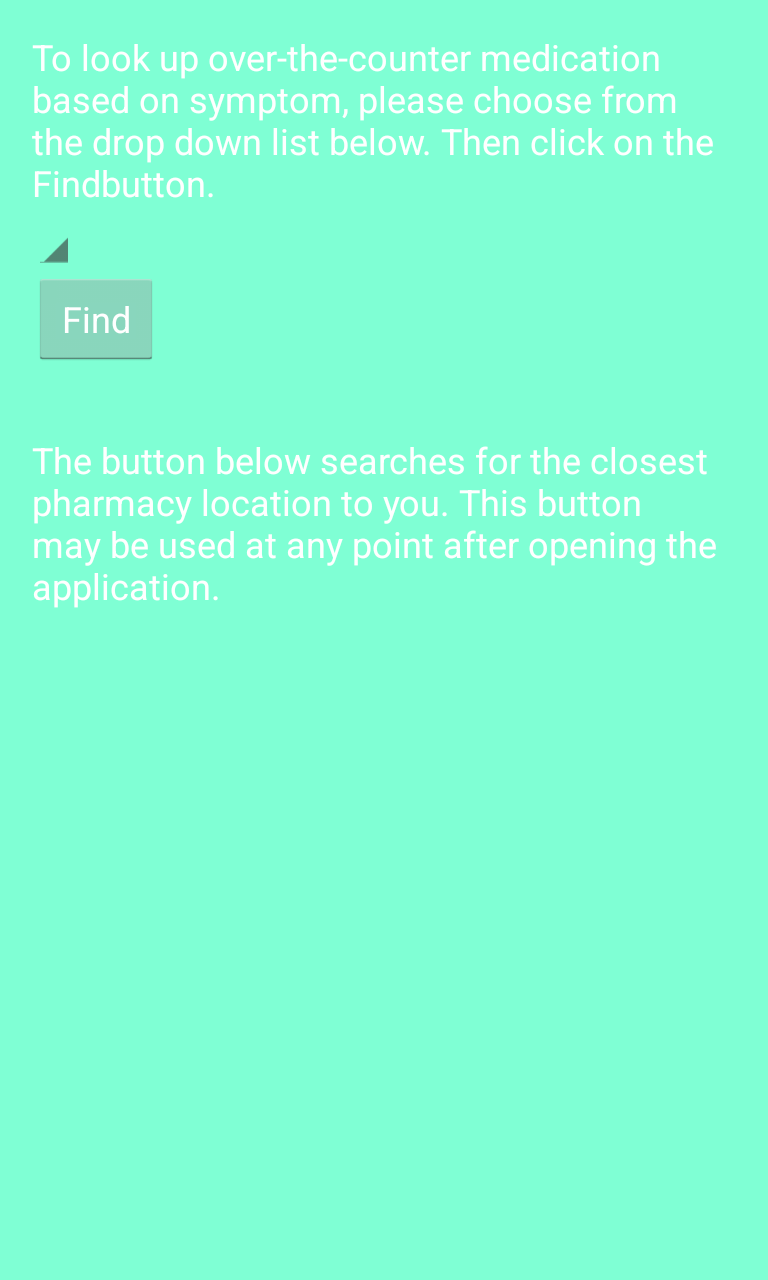
Repository: rosingrr/SympMeds
Layout: app/SympMeds/res/layout/activity_symptom_list.xml
An editor plug-in stored every save of this project. The layout is shown before and after the next save, followed by the edit.
It is drawn on a 768 x 1280 px phone screen (xhdpi) without system bars, with theme AppTheme; the app's code is not run.

Above is the layout before, as saved 2013-08-02 13:33:58.

After the next save:
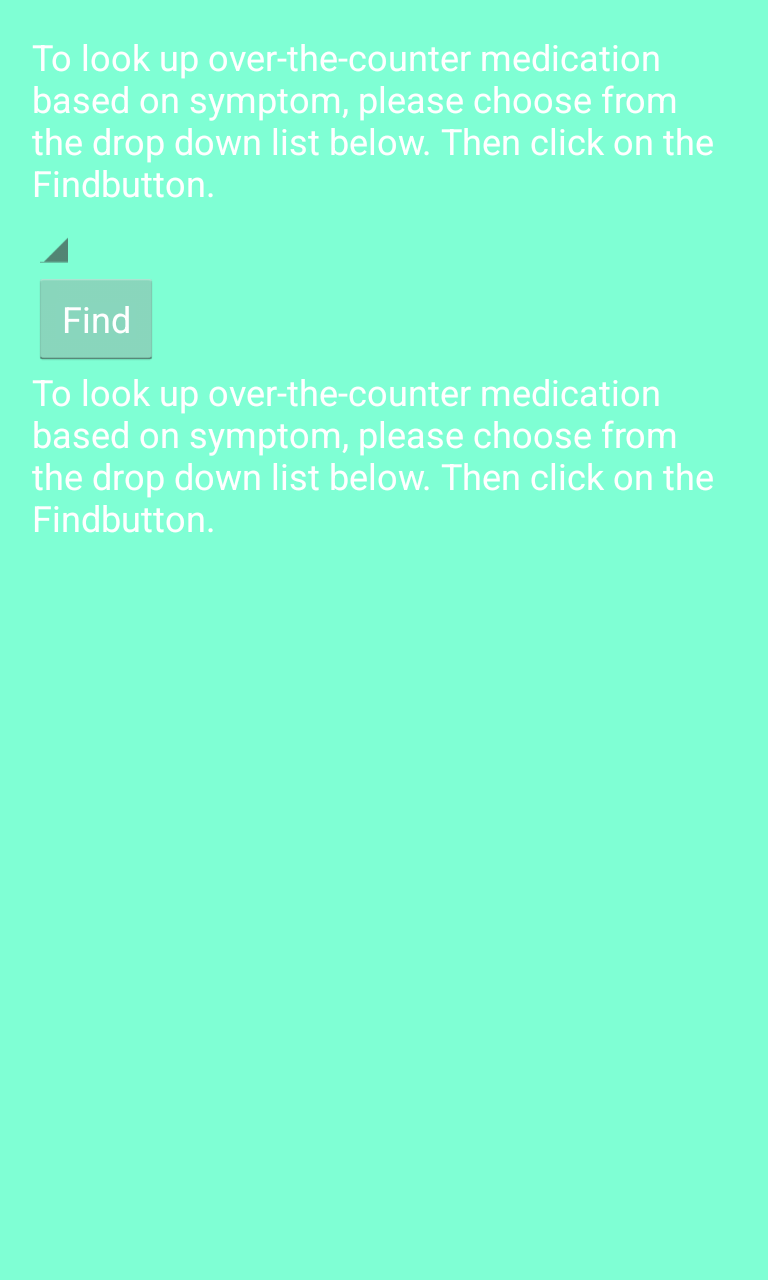
Saved 72 s later.
--- a/app/SympMeds/res/layout/activity_symptom_list.xml
+++ b/app/SympMeds/res/layout/activity_symptom_list.xml
@@ -41,8 +41,7 @@
         android:layout_height="wrap_content"
         android:layout_alignLeft="@+id/search_button"
         android:layout_below="@+id/search_button"
-        android:layout_marginTop="34dp"
-        android:text="@string/symptom_instructions1"
+        android:text="@string/symptom_instructions"
         android:textColor="@color/white"
         android:textSize="18" />
 
